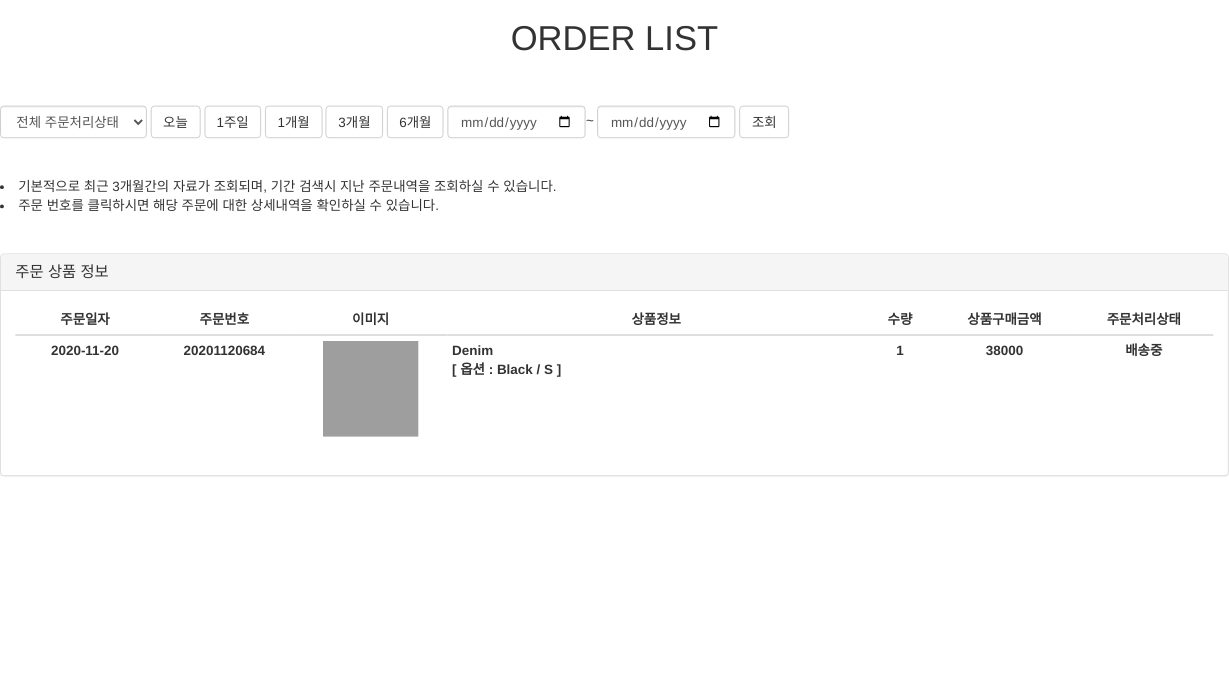
Repository: jaeeunzzang/sist_ShoppingMall
Page: http://localhost/web/orderList.jsp
The author's editor kept a copy of each file at every save. The page is drawn from the files as they stood at one save, then again after the next save.
The browser window is 1280 px wide. The pictures show the whole page, at 96% of full size.
Pictures or frames that could not be fetched are drawn as grey boxes. Some web libraries are served in a nearby version. The page is served by Tomcat 9.

Above is the page before, as saved 2020-11-20 09:01:19.

After the next save:
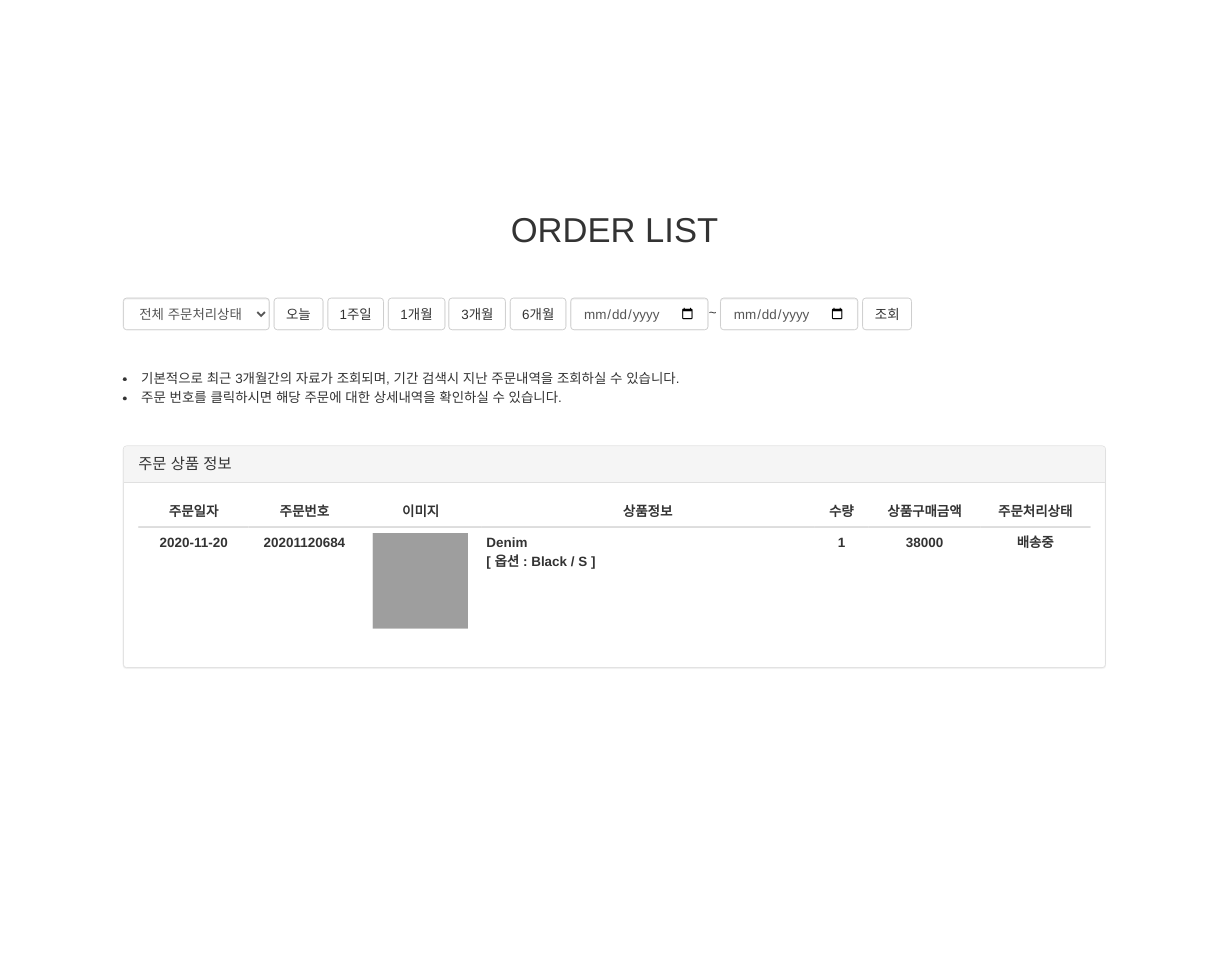
Saved 12 s later.
--- a/shop/web/src/main/webapp/orderList.jsp
+++ b/shop/web/src/main/webapp/orderList.jsp
@@ -23,6 +23,9 @@
 
 </head>
 <body>
+<div class="wrap">
+		<div class="mainWrap">
+			<div class="mainContents">
 	<h1 align="center">ORDER LIST</h1>
 	<br>
 	<br>
